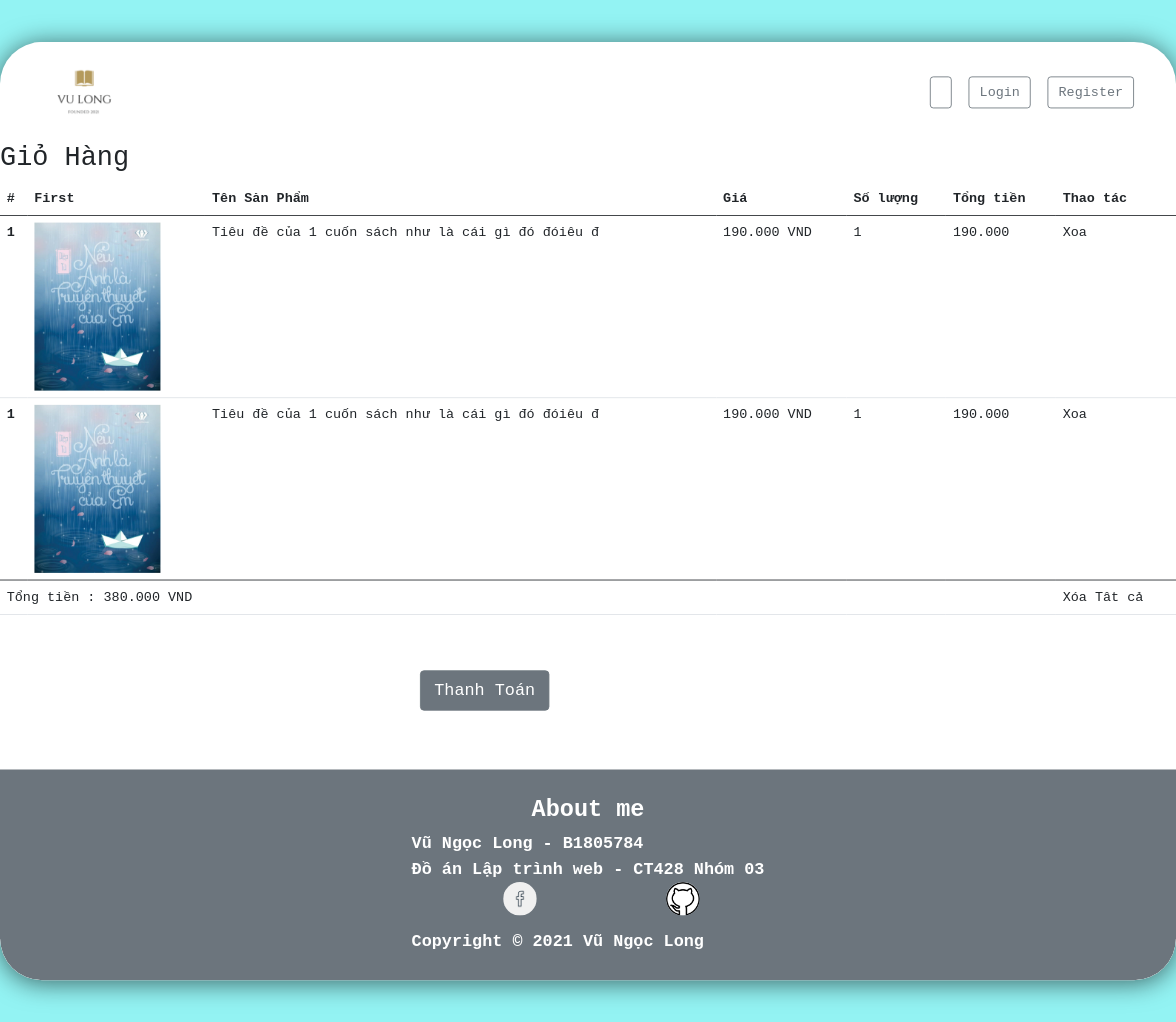
Repository: VuNgocLong2626/exercise_web_CT428
Page: VuNgocLongB1805784/user/giohang.html
An editor plug-in stored every save of this project. The page is shown before and after the next save, followed by the edit.
The browser window is 1280 px wide. The page is 1400 px wide, so the pictures cover 1400 px, including what lies to the right of the window. The pictures show the whole page, at 84% of full size.

Above is the page before, as saved 2021-10-05 15:14:42.

After the next save:
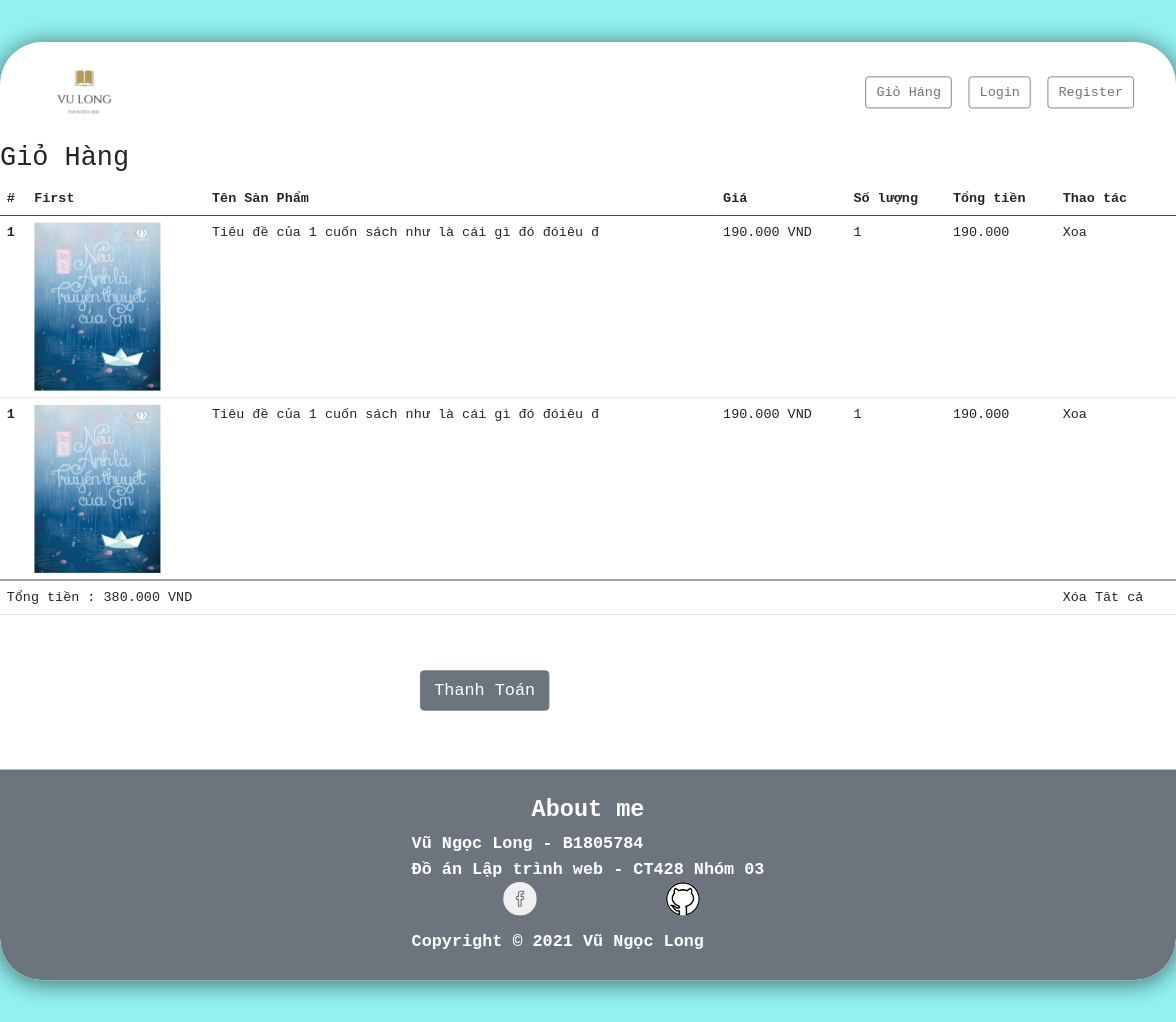
Saved 63 s later.
--- a/VuNgocLongB1805784/user/giohang.html
+++ b/VuNgocLongB1805784/user/giohang.html
@@ -14,7 +14,7 @@
             <a href="#"><img src="./image/logo120.png" alt="hinh logo" style="margin-left: 40px;"></a>
             <div class="from-individual">
                 <button type="button" class="btn btn-outline-secondary" style="margin-right: 20px;">
-                    <img src="./image/cart.svg" alt="">
+                    Giỏ Háng
                 </button>
                 <button type="button" class="btn btn-outline-secondary" style="margin-right: 20px;">Login</button>
                 <button type="button" class="btn btn-outline-secondary">Register</button>
